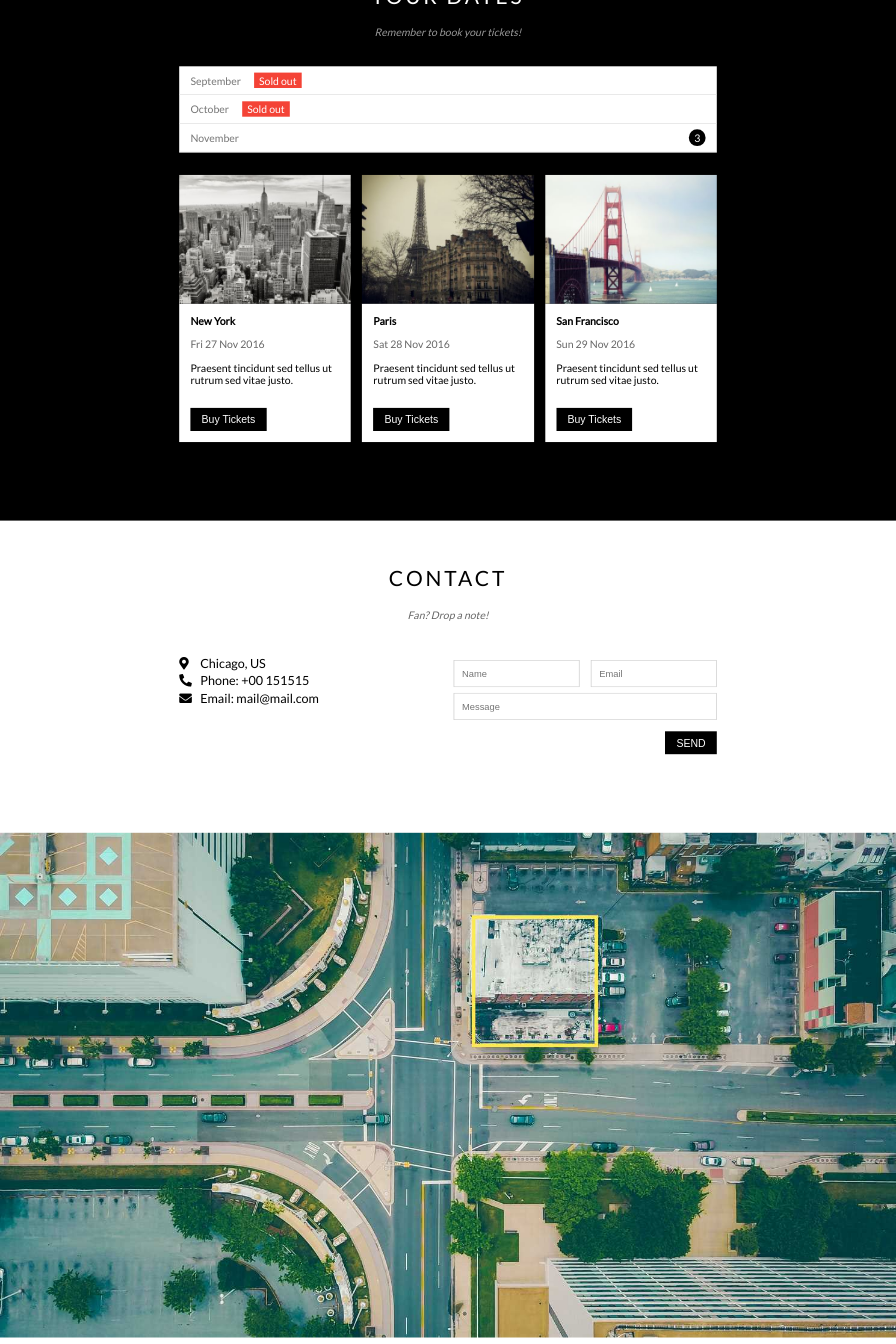
Repository: nguyenthaicong265/w3-band
Page: index.html
These files come from the project's save history. The page is drawn as it stood at one moment and after the next save; the edit follows.
The browser window is 1280 px wide. The pictures show the part of the page from y = 1474 to 3394 px (the page is 3604 px tall before and 3620 px after), at 70% of full size.

Above is the page before, as saved 2022-01-07 00:06:39.

### index.html
<!DOCTYPE html>
<html lang="en">
<head>
    <meta charset="UTF-8">
    <meta http-equiv="X-UA-Compatible" content="IE=edge">
    <meta name="viewport" content="width=device-width, initial-scale=1.0">
    <title>The band</title>
    <link rel="icon" href="./assets/img/favicon.png" type="image/x-icon" />
    <link rel="stylesheet" href="./assets/css/styles.css">
    <link rel="stylesheet" href="./assets/css/responsive.css">
    <link rel="stylesheet" href="https://fonts.googleapis.com/css?family=Lato">
    <link rel="stylesheet" href="./assets/font/themify-icons-font/themify-icons/themify-icons.css">
    <link rel="stylesheet" href="./assets/font/fontawesome-free-5.15.4-web/css/all.css">
</head>
<body>
    <div id="main">
        <div id="header">
            <ul id="nav">
                <li><a href="#">Home</a></li>
                <li><a href="#band">Band</a></li>
                <li><a href="#tour">Tour</a></li>
                <li><a href="#contact">Contact</a></li>
                <li>
                    <a href="#">
                        More
                        <i class="fas fa-sort-down"></i>
                    </a>
                    <ul class="subnav">
                        <li><a href="#">Merchandise</a></li>
                        <li><a href="#">Extras</a></li>
                        <li><a href="#">Media</a></li>
                    </ul>
                </li>
            </ul>
            <div class="search-button">
                <i class="fas fa-search"></i>
            </div>
            <div id="mobile-menu" class="mobile-menu-button">
                <i class="fas fa-bars"></i>
            </div>
        </div>

        <div id="slider">
            <div class="text-content text-white">
                <h2 class="text-head">Los Angeles
                </h2>
                <div class="text-description">We had the best time playing at Venice Beach!
                </div>
            </div>
        </div>

        <div id="content">
            <!-- About-section -->
            <div id="band" class="band-section">
                <div class="content-section">
                    <h2 class="section-heading">
                    THE BAND
                    </h2>
                    <p class="section-sub-heading">
                    We love music
                    </p>
                    <p class="about-text">We have created a fictional band website. Lorem ipsum dolor sit amet, consectetur adipiscing elit, sed do eiusmod tempor incididunt ut labore et dolore magna aliqua. Ut enim ad minim veniam, quis nostrud exercitation ullamco laboris nisi ut aliquip ex ea commodo consequat. Duis aute irure dolor in reprehenderit in voluptate velit esse cillum dolore eu fugiat nulla pariatur. Excepteur sint occaecat cupidatat non proident, sunt in culpa qui officia deserunt mollit anim id est laborum consectetur adipiscing elit, sed do eiusmod tempor incididunt ut labore et dolore magna aliqua. Ut enim ad minim veniam, quis nostrud exercitation ullamco laboris nisi ut aliquip ex ea commodo consequat.
                    </p>

                    <!-- Member -->
                    <div class="row members-list">
                        <div class="col col-third text-center member-item">
                            <p class="member-name">Name</p>
                            <img src="./assets/img/band/member1.jpg" alt="Name" class="member-avatar">
                        </div>

                        <div class="col col-third text-center member-item">
                            <p class="member-name">Name</p>
                            <img src="./assets/img/band/member1.jpg" alt="Name" class="member-avatar">
                        </div>

                        <div class="col col-third text-center member-item">
                            <p class="member-name">Name</p>
                            <img src="./assets/img/band/member1.jpg" alt="Name" class="member-avatar">
                        </div>
                    </div>
                </div>
            </div>

            <!-- Tour-section -->
            <div id="tour" class="tour-section">
                <div class="content-section">
                    <h2 class="section-heading text-white">
                    TOUR DATES
                    </h2>
                    <p class="section-sub-heading text-white">
                    Remember to book your tickets!
                    </p>

                    <!-- Tickets  -->
                    <ul class="tickets-list">
                        <li>September <span class="sold-out text-white">Sold out</span></li>
                        <li>October <span class="sold-out text-white">Sold out</span></li>
                        <li>November <span class="quantity text-white">3</span></li>
                    </ul>

                    <!-- Places -->
                    <div class="row places-list">
                        <div class="col col-third">
                            <img src="./assets/img/places/newyork.jpg" alt="New York" class="place-img">
                            <div class="place-body">
                                <h3 class="place-heading">
                                    New York
                                </h3>
                                <p class="place-time">
                                    Fri 27 Nov 2016
                                </p>
                                <p class="place-dsc">
                                    Praesent tincidunt sed tellus ut rutrum sed vitae justo.
                                </p>
                                <button class="btn js-buy-ticket">Buy Tickets</button>
                            </div>
                        </div>

                        <div class="col col-third">
                            <img src="./assets/img/places/paris.jpg" alt="Paris" class="place-img">
                            <div class="place-body">
                                <h3 class="place-heading">
                                    Paris
                                </h3>
                                <p class="place-time">
                                    Sat 28 Nov 2016
                                </p>
                                <p class="place-dsc">
                                    Praesent tincidunt sed tellus ut rutrum sed vitae justo.
                                </p>
                                <button class="btn js-buy-ticket">Buy Tickets</button>
                            </div>
                        </div>

                        <div class="col col-third">
                            <img src="./assets/img/places/sanfran.jpg" alt="San Francisco" class="place-img">
                            <div class="place-body">
                                <h3 class="place-heading">
                                    San Francisco
                                </h3>
                                <p class="place-time">
                                    Sun 29 Nov 2016
                                </p>
                                <p class="place-dsc">
                                    Praesent tincidunt sed tellus ut rutrum sed vitae justo.
                                </p>
                                <button class="btn js-buy-ticket">Buy Tickets</button>
                            </div>
                        </div>
                    </div>
                </div>
            </div>

            <!-- Begin: Contact-section -->
            <div id="contact" class="content-section">
                <h2 class="section-heading">
                CONTACT</h2>
                <p class="section-sub-heading">
                Fan? Drop a note!</p>
                <div class="row contact-content">
                    <div class="col col-half contact-info">
                        <p><i class="fas fa-map-marker-alt"></i>Chicago, US</p>
                        <p><i class="fas fa-phone-alt"></i>Phone: +00 151515</p>
                        <p><i class="fas fa-envelope"></i>Email: mail@mail.com</p>
                    </div>
                    <div class="col col-half contact-form">
                        <form action="">
                            <div class="row mt-8">
                                <div class="col col-half">
                                    <input type="text" name="" required placeholder="Name" id="" class="form-control">
                                </div>
                                <div class="col col-half">
                                    <input type="email" name="" required placeholder="Email" id="" class="form-control">
                                </div>
                            </div>
                            <div class="row mt-8">
                                <div class="col col-full">
                                    <input type="text" name="" required placeholder="Message" id="" class="form-control">
                                </div>
                            </div>
                            <input class="btn pull-right mt-16" type="submit" value="SEND">
                        </form>
                    </div>
                </div>
            </div>
            <!-- End: Contact-section -->


            <div class="map-section">
                <img src="./assets/img/map.jpg" alt="Map">
            </div>
        </div>

        <div id="footer">
            <div class="socials-list">
                <a href=""><i class="fab fa-facebook-square"></i></a>
                <a href=""><i class="fab fa-instagram"></i></a>
                <a href=""><i class="fab fa-snapchat"></i></a>
                <a href=""><i class="fab fa-pinterest-p"></i></a>
                <a href=""><i class="fab fa-twitter"></i></a>
                <a href=""><i class="fab fa-linkedin-in"></i></a>
            </div>
            <p class="copyright">Powered by <a href="">w3.css</a></p>
        </div>
    </div>
    <div class="modal js-modal">
         <div class="modal-contaner js-modal-container">
             <div class="modal-close js-modal-close">
                <i class="fas fa-times"></i>
             </div>

             <div class="modal-header text-white">
                <i class="fas fa-suitcase"></i> Tickets
             </div>

             <div class="modal-body">
                <label for="ticket-quantity" class="modal-label">
                    <i class="fas fa-shopping-cart"></i>
                    Tickets, $15 per person
                 </label>
                 <input type="text" id="ticket-quantity" class="modal-input" placeholder="How many?">

                 <label for="ticket-email" class="modal-label">
                    <i class="fas fa-user"></i>
                    Send To
                 </label>
                 <input type="text" id="ticket-email" class="modal-input" placeholder="Enter email">

                <button id="buy-ticket">
                    Pay
                    <i class="fas fa-check"></i>
                </button>
             </div>

             <div class="modal-footer">
                 <p class="modal-help">
                     Need <a href="">help?</button>
                 </p>
             </div>
         </div>
    </div>

    /* Buy Ticket */
    <script>
        const buyBtns = document.querySelectorAll('.js-buy-ticket')
        const modal = document.querySelector('.js-modal')
        const modalContainer = document.querySelector('.js-modal-container')
        const modalClose = document.querySelector('.js-modal-close')

        // Hàm hiển thị modal mua vé
        function showBuyTickets() {
            modal.classList.add('open')
        }

        // Hàm ẩn modal mua vé
        function closeBuyTickets() {
            modal.classList.remove('open')
        }

        // Lắng nghe click vào từng button Buy Ticket
        for (const buyBtn of buyBtns) {
            buyBtn.addEventListener('click', showBuyTickets)
        }

        // Lắng nghe click vào button close
        modalClose.addEventListener('click', closeBuyTickets)

        // Lắng nghe click vào modal
        modal.addEventListener('click', closeBuyTickets)

        // Lắng nghe click vào container
        modalContainer.addEventListener('click', function(event) {
            event.stopPropagation()
        })
    </script>

    /* Mobile Menu */
    <script>
        var header = document.getElementById('header')
        var mobileMenu = document.getElementById('mobile-menu')
        var headerHeight = header.clientHeight

        // Đóng mở mobile menu
        mobileMenu.onclick = function() {
            var isClosed = header.clientHeight === headerHeight
            if (isClosed) {
                header.style.height = 'auto'
            }
            else {
                header.style.height = null
            }
        }

        // Tự động đóng sau khi chọn menu
        var menuItems = document.querySelectorAll('#nav li a[href*="#"]')
        for (const menuItem of menuItems) {
            menuItem.onclick = function(event) {
                var isParentMenu = menuItem.nextElementSibling && menuItem.nextElementSibling.classList.contains('subnav')
                if (isParentMenu) {
                    event.preventDefault()
                }
                else {
                    header.style.height = null
                }
            }
        }
    </script>
</body>
</html>

### assets/css/styles.css
/* Reset CSS */
* {
    padding: 0;
    margin: 0;
    box-sizing: border-box;
}

html {
    font-family: "Lato", sans-serif;
    font-size: 62.5%;
    scroll-behavior: smooth;
}

/* Common */
.clear {
    clear: both;
}

.text-white {
    color: #ffff !important;
}

.row {
    margin-left: -8px;
    margin-right: -8px;
    overflow: hidden;
}

.col {
    float: left;
    padding-left: 8px;
    padding-right: 8px;
}

.col-third {
    width: 33.33333%;
}

.col-half {
    width: 50%;
}

.col-full {
    width: 100%;
}

.text-center {
    text-align: center;
}

.mt-8 {
    margin-top: 8px;
}

.mt-16 {
    margin-top: 16px;
}

.btn {
    display: inline-block;
    font-size: 15px;
    color: #ffff;
    background-color: #000;
    text-decoration: none;
    padding: 8px 16px;
    margin-top: 16px;
    border: 0px;
    cursor: pointer;
}

.btn:hover {
    color: #000;
    background-color: #ccc;
}

.pull-right {
    float: right;
    overflow: hidden;
}

/* Main */

#main {

}

#header {
    position: fixed;
    top: 0;
    left: 0;
    right: 0;
    height: 46px;
    background-color: #000000;
    z-index: 1;
}

#header .mobile-menu-button {
    position: absolute;
    top: 0;
    right: 0;
}

#header .search-button,
#header .mobile-menu-button {
    color: #fff;
    float: right;
    padding: 0 21px;
}

#header .search-button:hover {
    cursor: pointer;
    background-color: #f44336!important;
}

#header .mobile-menu-button:hover {
    background-color: #ccc;
    color: #000;
}

#header .fa-search,
#header .fa-bars {
    font-size: 13px;
    line-height: 46px;
}

#nav, .subnav {
    display: inline-block;
    list-style-type: none;
}

#nav > li {
    display: inline-block;
}

#nav li {
    position: relative;
}

#nav > li > a {
    color: #ffffff;
    text-transform: uppercase;
}

#nav li a {
    text-decoration: none;
    line-height: 46.5px;
    padding: 0px 24px;
    font-size: 1.5rem;
    display: block;
}

#nav .fa-sort-down {
    font-size: 20px;
}

#nav li:hover .subnav {
    display: block;

}

#nav > li:hover > a,
#nav .subnav li:hover a {
    color: #000 !important;
    background-color: #ccc !important;
}

#nav .subnav {
    display: none;
    position: absolute;
    min-width: 160px;
    top: 46.5px;
    background-color: #ffffff;
    box-shadow: 0 0 10px rgba(0, 0, 0, 0.3);
}

#nav .subnav a {
    color: #000;
    padding: 0 12px;
    line-height: 38px;
}

#slider {
    position: relative;
    margin-top: 46px;
    padding-top: 50%;
    background: url(/assets/img/slider/slider1.jpg) top center / cover no-repeat;
}

#slider .text-content {
    position: absolute;
    bottom: 48px;
    width: 100%;
    text-align: center;
}

#slider .text-head {
    font-weight: 100;
    font-size: 24px;
    margin-bottom: 10px;
}
#slider .text-description {
    font-size: 15px;
    margin-top: 15px;
}

#content {
}

#content .content-section {
    width: 800px;
    max-width: 100%;
    padding: 64px 0 112px ;
    margin-left: auto;
    margin-right: auto;
    padding-left: 16px;
    padding-right: 16px;
}

#content .section-heading {
    font-size: 30px;
    font-weight: 400;
    letter-spacing: 4px;
    text-align: center;
}

#content .section-sub-heading {
    font-size: 15px;
    font-style: italic;
    text-align: center;
    opacity: 0.6;
    margin-top: 25px;
}

#content .about-text {
    text-align: justify;
    font-size: 15px;
    margin-top: 25px;
    line-height: 1.4;
}

#content .members-list {
    margin-top: 48px;
    overflow: hidden;
    padding-top: 32px !important;
    padding-bottom: 32px !important;
}

#content .member-name {
    font-size: 15px;
}

#content .member-avatar {
    width: 60%;
    margin-top: 15px;
    border-radius: 4px;
}

.tour-section {
    background-color: #000;
    width: 100%;
}

.tickets-list {
    background-color: #ffffff;
    margin-top: 40px;
    list-style-type: none;
}

.tickets-list li {
    font-size: 15px;
    padding: 11px 16px;
    border-bottom: 1px solid #dddd;
    color: #757575;
}

.tickets-list .sold-out {
    background-color: #f44336!important;
    padding: 2px 7px;
    margin-left: 16px;
}

.tickets-list .quantity {
    float: right;
    width: 24px;
    height: 24px;
    background-color: #000;
    border-radius: 50%;
    line-height: 24px;
    text-align: center;
    margin-top: -3px;
}

.places-list {
    margin-top: 32px;
    overflow: hidden;
}

.place-img {
    display: block;
    width: 100%;
}

.place-img:hover {
    opacity: 0.6;
}

.place-body {
    background-color: #ffff;
    padding: 16px;
}

.place-heading {
    font-size: 15px;
    font-weight: bolder;
    margin-bottom: 15px;
}

.place-time {
    font-size: 15px;
    opacity: 0.6;
    margin-bottom: 15px;
}

.place-dsc {
    font-size: 15px;
    margin-bottom: 15px;
}

.fas {
    display: inline-block;
}

.contact-content {
    margin-top: 48px;
}

.contact-info {
    font-size: 18px;
    line-height: 1.4;
}

.contact-info .fas {
    width: 30px;
}

.contact-form {
    font-size: 15px;
}

.contact-form .form-control {
    padding: 11px;
    border: 1px solid #ccc;
    width: 100%;
}

/* Map section */
.map-section img {
    width: 100%;
}

/* Footer section */
#footer {
    padding: 64px 16px;
    text-align: center;
    font-size: 15px;

}

#footer .socials-list {
    font-size: 24px;
}

#footer .socials-list a {
    color: #000;
    opacity: 0.5;
    text-decoration: none;
}

#footer .socials-list a:hover {
    opacity: 0.3;
}

#footer .copyright {
    margin: 15px 0;
    color: #000;
    opacity: 0.5;
}

#footer .copyright a {
    color: #000 !important;
}

.modal {
    position: fixed;
    top: 0;
    right: 0;
    bottom: 0;
    left: 0;
    background: rgba(0, 0, 0, 0.4);
    align-items: center;
    justify-content: center;
    display: none;
}

.modal.open {
    display: flex;
}

.modal-contaner {
    background: #fff;
    width: 900px;
    max-width: calc(100% - 32px);
    min-height: 200px;
    position: relative;
    animation: modalFadeIn ease 0.5s;
}

.modal-close {
    position: absolute;
    right: 0;
    top: 0;
    padding: 15px;
    cursor: pointer;
    color: #fff;
    font-size: 15px;
}

.modal-close:hover {
    background-color: #ccc;
    color: #000;
}

.modal-header {
    background-color: #009688;
    height: 130px;
    display: flex;
    align-items: center;
    justify-content: center;
    font-size: 30px;
    letter-spacing: 5px;
}

.modal-header .fa-suitcase {
    margin-right: 15px;
}

.modal-body {
    padding: 15px;

}

.modal-body .modal-label {
    display: block;
    font-size: 15px;
    opacity: 0.8;
}

.modal-body .modal-input {
    border: 1px solid #ccc;
    padding: 8px;
    margin: 15px 0;
    width: 100%;
    font-size: 15px;
}

#buy-ticket {
    background-color: #009688;
    color: #fff;
    font-size: 15px;
    padding: 15px;
    width: 100%;
    border: 0px;
}

#buy-ticket:hover {
    background-color: #ccc;
    color: #000;
}

.modal-footer {
    padding: 16px;
    text-align: right;
    font-size: 15px;
}

.modal-help {
    top: 0;
    right: 0;
}

.modal-help a {
    color: #2196F3;
}

@keyframes modalFadeIn {
    from {
        opacity: 0;
        transform: translateY(-100px);
    }
    to {
        opacity: 1;
        transform: translateY(0px);
    }
}

### assets/css/responsive.css
/* PC */
@media (min-width: 1024px) {
    #header .mobile-menu-button {
        display: none;
    }
}

/* Mobile */
@media (max-width: 740px) {
    #header {
        overflow: hidden;
    }
    #nav {
        display: block;
    }

    #nav > li {
        display: block;
    }

    #nav > li:first-child {
        display: inline-block;
    }

    #nav .subnav {
        position: initial;
        background-color: #333;
    }

    #nav .subnav a {
        color: #fff;
        padding: 5px 42px;
    }

    #header .search-button {
        display: none;
    }

    #content .member-item {
        margin-top: 30px;
        width: 100%;
    }
    .place-list {
        margin-top: 16px;
    }
}

Loaded but not shown: assets/font/themify-icons-font/themify-icons/themify-icons.css (common file); assets/font/fontawesome-free-5.15.4-web/css/all.css (library)

After the next save:
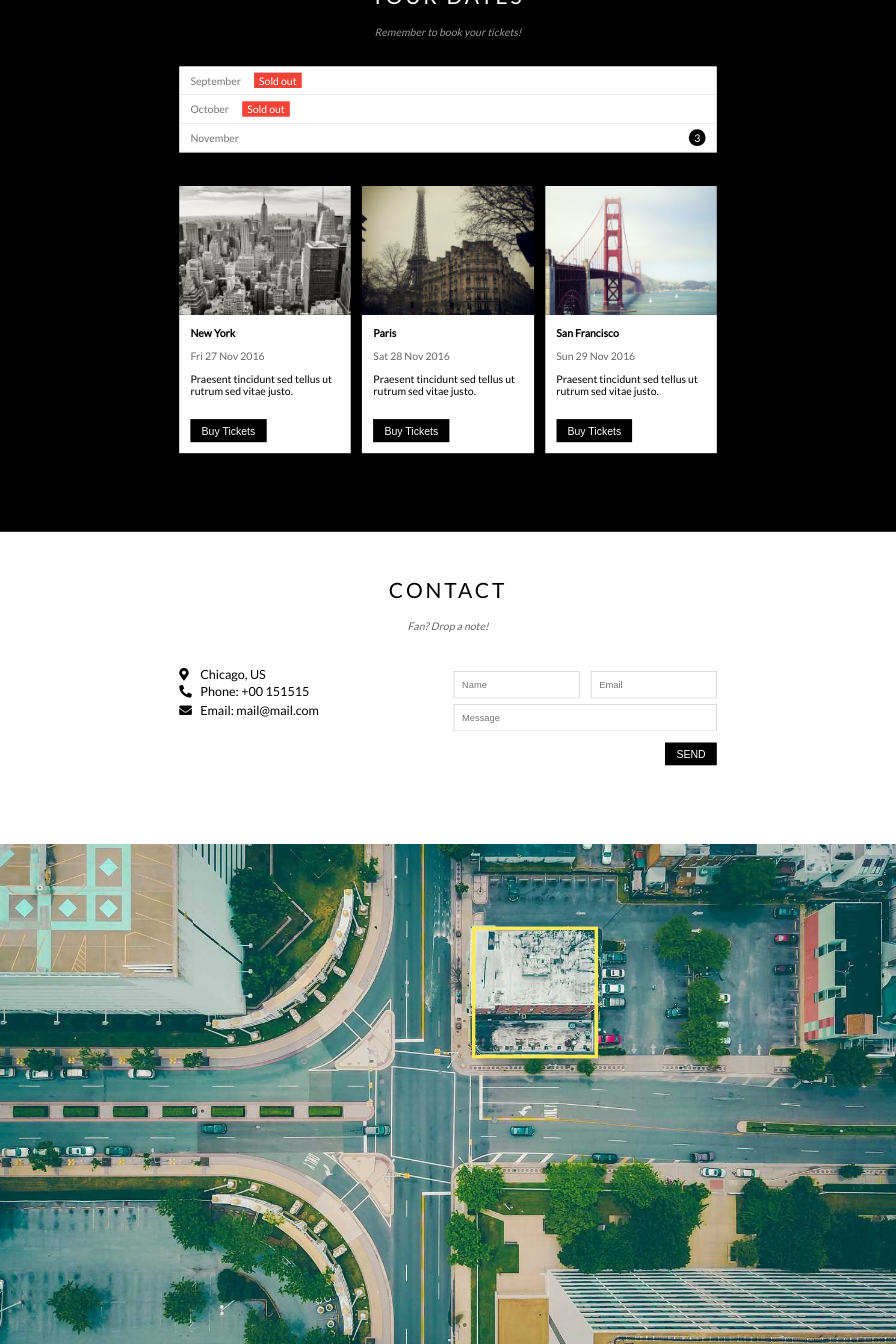
Saved 36 s later.
--- a/index.html
+++ b/index.html
@@ -101,7 +101,7 @@
 
                     <!-- Places -->
                     <div class="row places-list">
-                        <div class="col col-third">
+                        <div class="col col-third mt-16">
                             <img src="./assets/img/places/newyork.jpg" alt="New York" class="place-img">
                             <div class="place-body">
                                 <h3 class="place-heading">
@@ -117,7 +117,7 @@
                             </div>
                         </div>
 
-                        <div class="col col-third">
+                        <div class="col col-third mt-16">
                             <img src="./assets/img/places/paris.jpg" alt="Paris" class="place-img">
                             <div class="place-body">
                                 <h3 class="place-heading">
@@ -133,7 +133,7 @@
                             </div>
                         </div>
 
-                        <div class="col col-third">
+                        <div class="col col-third mt-16">
                             <img src="./assets/img/places/sanfran.jpg" alt="San Francisco" class="place-img">
                             <div class="place-body">
                                 <h3 class="place-heading">
